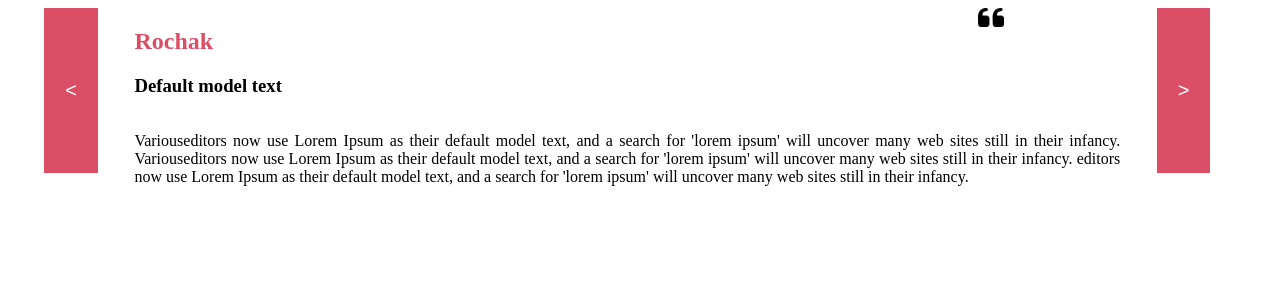
Repository: AVINKUMARP/gifts
Page: demo2.html
These files come from the project's save history. The page is drawn as it stood at one moment and after the next save; the edit follows.
The browser window is 1280 px wide. The pictures show the whole page.

Above is the page before, as saved 2023-08-24 14:01:55.

### demo2.html
<!DOCTYPE html>
<html lang="en">
<head>
    <meta charset="UTF-8">
    <meta name="viewport" content="width=device-width, initial-scale=1.0">
    <title>Document</title>
    <style>
        .container{
            display: flex;
            flex-wrap: wrap;
            text-align: center;
            margin: ;
        }
        .cbutl{
            width: 10%;
        }
        .cpara{
            width: 78%;
        }
        .cbutr{
            width: 10%;
        }
        .csub{
            display: flex;
            flex-wrap: wrap;
            justify-content: space-between;
        }
        .cbutl button{
            background-color: #db4f66;
            color: white;
            border:1px solid #db4f66;
            padding: 70px 20px;
            font-size: 20px;
        }
        .csub h2{
            text-align: start;

        }
        .ch h2{
            color:#db4f66;
        }
        .csub h3{
            text-align: start;
        }
        .cpara p{
            text-align: justify;
        }
    </style>
</head>
<body>
    <div class="container">
        <div class="cbutl"><button><</button></div>
        <div class="cpara">
            <div class="csub">
                <div class="ch"><h2>Rochak</h2>
                    <h3>Default model text</h3>
                </div>
                <div class="cicon"><img src="./images/icon.png" alt="loading..." width="10%"></div>
            </div>

            <p>Variouseditors now use Lorem Ipsum as their default model text, and a search for 'lorem ipsum' will uncover many web sites still in their infancy. Variouseditors now use Lorem Ipsum as their default model text, and a search for 'lorem ipsum' will uncover many web sites still in their infancy. editors now use Lorem Ipsum as their default model text, and a search for 'lorem ipsum' will uncover many web sites still in their infancy.</p>
        </div>
        <div class="cbutl"><button>></button></div>
    </div>
</body>
</html>

After the next save:
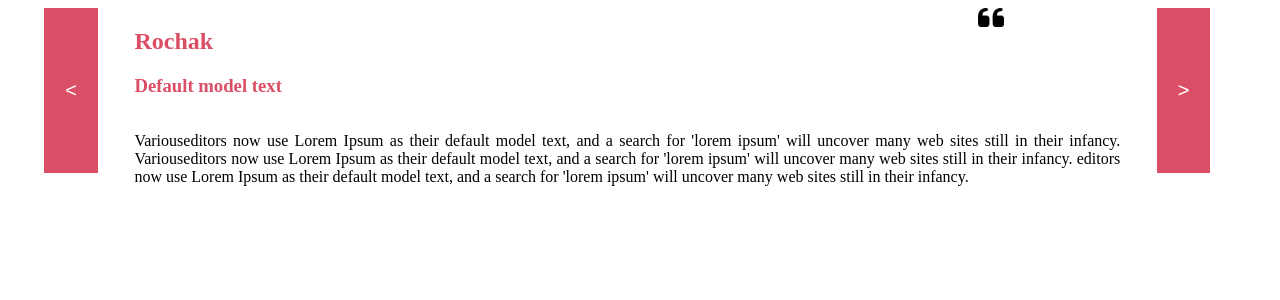
Saved 87 s later.
--- a/demo2.html
+++ b/demo2.html
@@ -39,6 +39,9 @@
         .ch h2{
             color:#db4f66;
         }
+        .ch h3{
+            color:#db4f66;
+        }
         .csub h3{
             text-align: start;
         }
